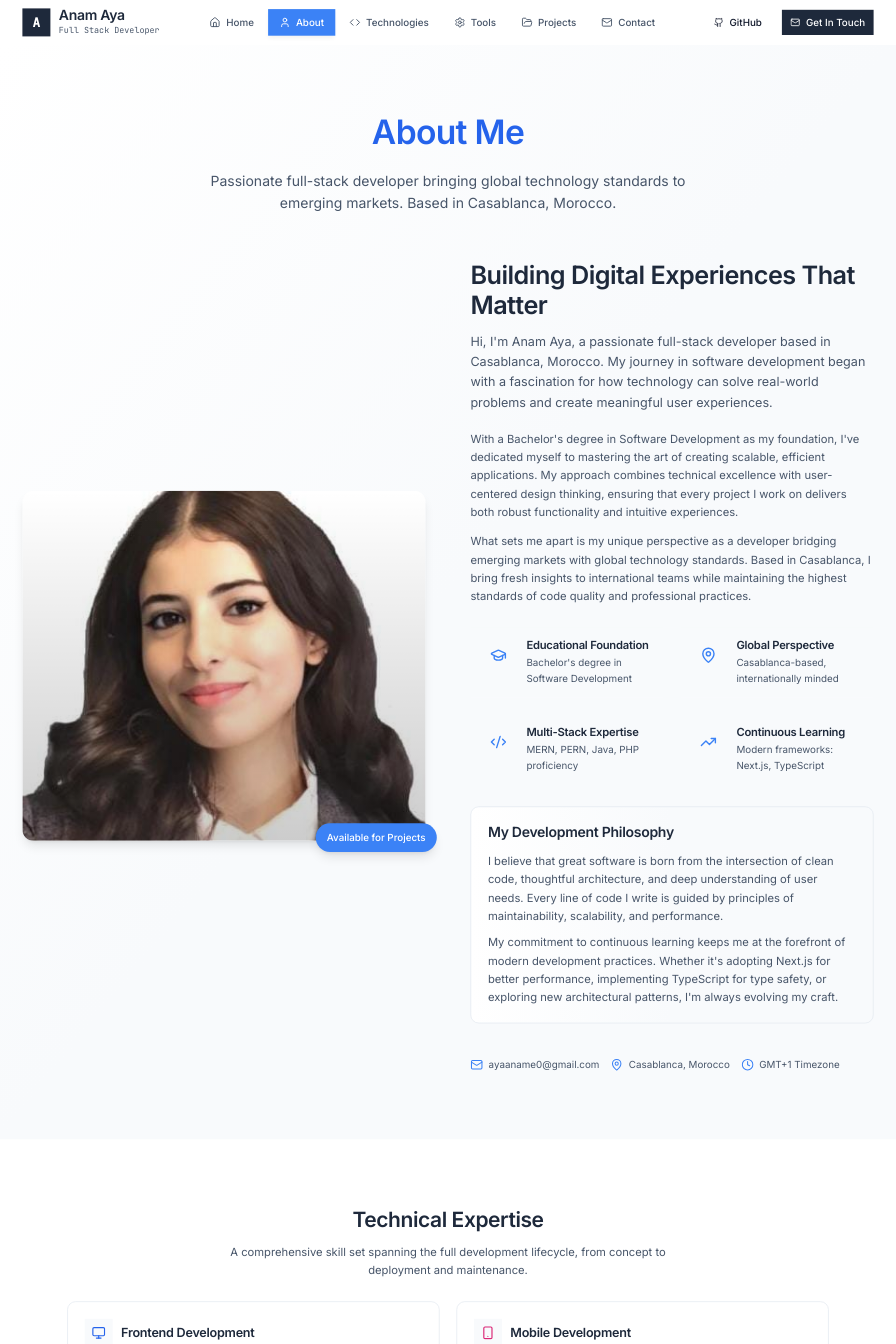
Repository: ayaaas/portflio_aya
Page: /about-me-personal-narrative
These files come from the project's save history. The page is drawn as it stood at one moment and after the next save; the edit follows.
The browser window is 1280 px wide. The pictures show the part of the page from y = 0 to 1920 px (the page is 4280 px tall), at 70% of full size.
The project was rebuilt for these pictures with package versions that can differ from the ones it lists, and the page was loaded fresh each time. Also part of the build but not shown: vite.config.mjs, src/components/ErrorBoundary.jsx, src/pages/hero-section-developer-portfolio/components/ProfileImage.jsx, src/pages/hero-section-developer-portfolio/components/AnimatedText.jsx, src/pages/hero-section-developer-portfolio/components/HeroContent.jsx, src/pages/hero-section-developer-portfolio/components/BackgroundPattern.jsx, src/pages/hero-section-developer-portfolio/components/ScrollIndicator.jsx, src/pages/hero-section-developer-portfolio/index.jsx and 23 more.

Above is the page before, as saved 2025-07-20 01:00:48.

### index.html
<!doctype html>
<html lang="en">

<head>
  <meta charset="utf-8" />
  <title>anam-aya-portfolio</title>
  <meta name="viewport" content="width=device-width, initial-scale=1.0" />
  <meta name="theme-color" content="#000000" />
  <meta name="description" content="Web site created using create-react-app" />
  <link rel="icon" href="/favicon.ico" />
  <link rel="manifest" href="/manifest.json" />
<script type="module" src="https://static.rocket.new/rocket-web.js?_cfg=https%3A%2F%2Fanamayap2173back.builtwithrocket.new&_be=https%3A%2F%2Fapplication.rocket.new&_v=0.1.6"></script>
</head>

<body>
  <noscript>You need to enable JavaScript to run this app.</noscript>
  <div class="dhiwise-code" id="root"></div>
  <script type="module" src="/src/index.jsx"></script>
</body>

</html>

### src/Routes.jsx
import React from "react";
import { BrowserRouter, Routes as RouterRoutes, Route } from "react-router-dom";
import ScrollToTop from "components/ScrollToTop";
import ErrorBoundary from "components/ErrorBoundary";
// Add your imports here
import HeroSectionDeveloperPortfolio from "pages/hero-section-developer-portfolio";
import AboutMePersonalNarrative from "pages/about-me-personal-narrative";
import ToolsProfessionalWorkflowDisplay from "pages/tools-professional-workflow-display";
import ContactCommunicationPortal from "pages/contact-communication-portal";
import TechnologiesInteractiveStackShowcase from "pages/technologies-interactive-stack-showcase";
import ProjectsCuratedCaseStudies from "pages/projects-curated-case-studies";
import NotFound from "pages/NotFound";

const Routes = () => {
  return (
    <BrowserRouter>
      <ErrorBoundary>
      <ScrollToTop />
      <RouterRoutes>
        {/* Define your routes here */}
        <Route path="/" element={<HeroSectionDeveloperPortfolio />} />
        <Route path="/hero-section-developer-portfolio" element={<HeroSectionDeveloperPortfolio />} />
        <Route path="/about-me-personal-narrative" element={<AboutMePersonalNarrative />} />
        <Route path="/tools-professional-workflow-display" element={<ToolsProfessionalWorkflowDisplay />} />
        <Route path="/contact-communication-portal" element={<ContactCommunicationPortal />} />
        <Route path="/technologies-interactive-stack-showcase" element={<TechnologiesInteractiveStackShowcase />} />
        <Route path="/projects-curated-case-studies" element={<ProjectsCuratedCaseStudies />} />
        <Route path="*" element={<NotFound />} />
      </RouterRoutes>
      </ErrorBoundary>
    </BrowserRouter>
  );
};

export default Routes;

### src/pages/about-me-personal-narrative/index.jsx
import React, { useEffect, useRef } from 'react';
import { Helmet } from 'react-helmet';
import Header from '../../components/ui/Header';
import ProfileImage from './components/ProfileImage';
import PersonalStory from './components/PersonalStory';
import SkillsOverview from './components/SkillsOverview';
import PersonalValues from './components/PersonalValues';
import Icon from '../../components/AppIcon';
import Button from '../../components/ui/Button';

const AboutMePersonalNarrative = () => {
  const sectionsRef = useRef([]);

  useEffect(() => {
    const observerOptions = {
      threshold: 0.1,
      rootMargin: '0px 0px -50px 0px'
    };

    const observer = new IntersectionObserver((entries) => {
      entries.forEach((entry) => {
        if (entry.isIntersecting) {
          entry.target.classList.add('fade-in', 'visible');
        }
      });
    }, observerOptions);

    sectionsRef.current.forEach((section) => {
      if (section) {
        observer.observe(section);
      }
    });

    return () => {
      sectionsRef.current.forEach((section) => {
        if (section) {
          observer.unobserve(section);
        }
      });
    };
  }, []);

  const addToRefs = (el) => {
    if (el && !sectionsRef.current.includes(el)) {
      sectionsRef.current.push(el);
    }
  };

  return (
    <>
      <Helmet>
        <title>About Me - Anam Aya | Full Stack Developer Portfolio</title>
        <meta
          name="description"
          content="Learn about Anam Aya, a passionate full-stack developer from Casablanca, Morocco. Discover my journey, values, and expertise in modern web development technologies."
        />
        <meta name="keywords" content="Anam Aya, Full Stack Developer, Casablanca, Morocco, React, Node.js, Software Development, Web Developer" />
        <meta property="og:title" content="About Me - Anam Aya | Full Stack Developer" />
        <meta property="og:description" content="Passionate full-stack developer bringing global technology standards to emerging markets. Based in Casablanca, Morocco." />
        <meta property="og:type" content="website" />
        <link rel="canonical" href="/about-me-personal-narrative" />
      </Helmet>

      <div className="min-h-screen bg-background">
        <Header />

        <main className="pt-16">
          {/* Hero Section */}
          <section
            ref={addToRefs}
            className="fade-in py-16 lg:py-24 bg-gradient-to-br from-background via-surface to-muted"
          >
            <div className="max-w-7xl mx-auto px-6 lg:px-8">
              <div className="text-center mb-16">
                <h1 className="text-4xl md:text-5xl font-bold text-blue-600 mb-6">
                  About Me
                </h1>
                <p className="text-xl text-text-secondary max-w-3xl mx-auto leading-relaxed">
                  Passionate full-stack developer bringing global technology standards to emerging markets. Based in Casablanca, Morocco.
                </p>
              </div>
              <div className="grid grid-cols-1 lg:grid-cols-2 gap-12 lg:gap-16 items-center">
                {/* Profile Image */}
                <div className="order-2 lg:order-1">
                  <ProfileImage />
                </div>

                {/* Personal Story */}
                <div className="order-1 lg:order-2">
                  <PersonalStory />
                </div>
              </div>
            </div>
          </section>

          {/* Skills Overview Section */}
          <section
            ref={addToRefs}
            className="fade-in py-16 lg:py-24 bg-background"
          >
            <div className="max-w-6xl mx-auto px-6 lg:px-8">
              <SkillsOverview />
            </div>
          </section>

          {/* Personal Values Section */}
          <section
            ref={addToRefs}
            className="fade-in py-16 lg:py-24 bg-surface"
          >
            <div className="max-w-6xl mx-auto px-6 lg:px-8">
              <PersonalValues />
            </div>
          </section>

          {/* Call to Action Section */}
          <section
            ref={addToRefs}
            className="fade-in py-16 lg:py-24 bg-gradient-to-r from-primary/5 to-accent/5"
          >
            <div className="max-w-4xl mx-auto px-6 lg:px-8 text-center">
              <div className="space-y-8">
                <div className="space-y-4">
                  <h2 className="text-3xl lg:text-4xl font-bold text-blue-600">
                    Let's Build Something Amazing Together
                  </h2>
                  <p className="text-lg text-text-secondary max-w-2xl mx-auto">
                    Ready to bring your ideas to life? I'm always excited to work on new projects
                    and collaborate with teams that value quality and innovation.
                  </p>
                </div>

                <div className="flex flex-col sm:flex-row gap-4 justify-center">
                  <Button
                    variant="default"
                    size="lg"
                    iconName="Mail"
                    iconPosition="left"
                    onClick={() => window.location.href = 'mailto:ayaaname0@gmail.com'}
                    className="hover-lift"
                  >
                    Start a Conversation
                  </Button>

                  <Button
                    variant="outline"
                    size="lg"
                    iconName="FolderOpen"
                    iconPosition="left"
                    onClick={() => window.location.href = '/projects-curated-case-studies'}
                    className="hover-lift"
                  >
                    View My Work
                  </Button>
                </div>

                {/* Contact Info */}
                <div className="flex flex-col sm:flex-row gap-6 justify-center items-center pt-8 border-t border-border">
                  <div className="flex items-center space-x-2 text-text-secondary">
                    <Icon name="Mail" size={18} className="text-accent" />
                    <span className="text-sm">ayaaname0@gmail.com</span>
                  </div>
                  <div className="flex items-center space-x-2 text-text-secondary">
                    <Icon name="MapPin" size={18} className="text-accent" />
                    <span className="text-sm">Casablanca, Morocco</span>
                  </div>
                  <div className="flex items-center space-x-2 text-text-secondary">
                    <Icon name="Clock" size={18} className="text-accent" />
                    <span className="text-sm">GMT+1 Available</span>
                  </div>
                </div>
              </div>
            </div>
          </section>
        </main>
      </div>
    </>
  );
};

export default AboutMePersonalNarrative;

### src/pages/about-me-personal-narrative/components/ProfileImage.jsx
import React from 'react';
import Image from '../../../components/AppImage';

const ProfileImage = () => {
  return (
    <div className="relative">
      <div className="relative overflow-hidden rounded-2xl shadow-lg hover-lift">
        <Image
          src="public/assets/images/WhatsApp Image 2025-01-27 à 13.09.23_03e1ada6.jpg"
          alt="Anam Aya - Full Stack Developer in his development environment"
          className="w-full h-[500px] object-cover"
        />
        <div className="absolute inset-0 bg-gradient-to-t from-black/20 to-transparent"></div>
      </div>

      {/* Floating Badge */}
      <div className="absolute -bottom-4 -right-4 bg-accent text-accent-foreground px-4 py-2 rounded-full shadow-lg">
        <span className="text-sm font-medium">Available for Projects</span>
      </div>

      {/* Decorative Elements */}
      <div className="absolute -top-4 -left-4 w-8 h-8 bg-primary/10 rounded-full"></div>
      <div className="absolute top-8 -right-2 w-4 h-4 bg-accent/20 rounded-full"></div>
    </div>
  );
};

export default ProfileImage;

### src/pages/about-me-personal-narrative/components/SkillsOverview.jsx
import React from 'react';
import Icon from '../../../components/AppIcon';

const SkillsOverview = () => {
const skillCategories = [
  {
    category: 'Frontend Development',
    icon: 'Monitor',
    skills: ['React.js', 'Next.js', 'TypeScript', 'Tailwind CSS', 'HTML5/CSS3'],
    color: 'text-blue-600'
  },
  {
    category: 'Mobile Development',
    icon: 'Smartphone',
    skills: ['Flutter', 'Dart', 'Audioplayers'],
    color: 'text-pink-600'
  },
  {
    category: 'Backend Development',
    icon: 'Server',
    skills: ['Node.js', 'Express.js', 'PHP', 'Java', 'RESTful APIs'],
    color: 'text-green-600'
  },
  {
    category: 'Database & Tools',
    icon: 'Database',
    skills: ['MongoDB', 'SQFLite', 'PostgreSQL', 'MySQL'],
    color: 'text-purple-600'
  },
  {
    category: 'Development Practices',
    icon: 'Settings',
    skills: ['Agile/Scrum', 'Code Review', 'Performance Optimization'],
    color: 'text-orange-600'
  }
];



  return (
    <div className="space-y-8">
      <div className="text-center space-y-4">
        <h2 className="text-2xl lg:text-3xl font-bold text-primary">
          Technical Expertise
        </h2>
        <p className="text-text-secondary max-w-2xl mx-auto">
          A comprehensive skill set spanning the full development lifecycle,
          from concept to deployment and maintenance.
        </p>
      </div>

      <div className="grid grid-cols-1 md:grid-cols-2 gap-6">
        {skillCategories.map((category, index) => (
          <div
            key={index}
            className="bg-card rounded-xl p-6 border border-border hover:shadow-lg transition-all-300 hover-lift"
          >
            <div className="flex items-center space-x-3 mb-4">
              <div className="w-10 h-10 bg-surface rounded-lg flex items-center justify-center">
                <Icon name={category.icon} size={20} className={category.color} />
              </div>
              <h3 className="text-lg font-semibold text-primary">{category.category}</h3>
            </div>

            <div className="flex flex-wrap gap-2">
              {category.skills.map((skill, skillIndex) => (
                <span
                  key={skillIndex}
                  className="px-3 py-1 bg-muted text-text-secondary text-sm rounded-full hover:bg-accent/10 hover:text-accent transition-all-300"
                >
                  {skill}
                </span>
              ))}
            </div>
          </div>
        ))}
      </div>

      {/* Experience Timeline */}
      <div className="bg-gradient-to-r from-primary/5 to-accent/5 rounded-xl p-6 border border-primary/10">
        <h3 className="text-xl font-semibold text-primary mb-6 text-center">Development Journey</h3>

        <div className="space-y-4">
          <div className="flex items-start space-x-4">
            <div className="w-3 h-3 bg-accent rounded-full mt-2 flex-shrink-0"></div>
            <div>
              <h4 className="font-medium text-primary">Full-Stack Development Focus</h4>
              <p className="text-sm text-text-secondary">
                Specializing in modern web applications with React, Node.js, and cloud deployment
              </p>
            </div>
          </div>

          <div className="flex items-start space-x-4">
            <div className="w-3 h-3 bg-primary rounded-full mt-2 flex-shrink-0"></div>
            <div>
              <h4 className="font-medium text-primary">Academic Foundation</h4>
              <p className="text-sm text-text-secondary">
                Bachelor's degree in Software Development with focus on algorithms and system design
              </p>
            </div>
          </div>

          <div className="flex items-start space-x-4">
            <div className="w-3 h-3 bg-success rounded-full mt-2 flex-shrink-0"></div>
            <div>
              <h4 className="font-medium text-primary">Continuous Learning</h4>
              <p className="text-sm text-text-secondary">
                Staying current with Next.js, TypeScript, and modern development practices
              </p>
            </div>
          </div>
        </div>
      </div>
    </div>
  );
};

export default SkillsOverview;

### src/components/ui/Button.jsx
import React from 'react';
import { Slot } from "@radix-ui/react-slot";
import { cva } from "class-variance-authority";
import { cn } from "../../utils/cn";
import Icon from '../AppIcon';

const buttonVariants = cva(
    "inline-flex items-center justify-center whitespace-nowrap rounded-md text-sm font-medium ring-offset-background transition-colors focus-visible:outline-none focus-visible:ring-2 focus-visible:ring-ring focus-visible:ring-offset-2 disabled:pointer-events-none disabled:opacity-50",
    {
        variants: {
            variant: {
                default: "bg-primary text-primary-foreground hover:bg-primary/90",
                destructive: "bg-destructive text-destructive-foreground hover:bg-destructive/90",
                outline: "border border-input hover:bg-accent hover:text-accent-foreground",
                secondary: "bg-secondary text-secondary-foreground hover:bg-secondary/80",
                ghost: "hover:bg-accent hover:text-accent-foreground",
                link: "text-primary underline-offset-4 hover:underline",
                success: "bg-success text-success-foreground hover:bg-success/90",
                warning: "bg-warning text-warning-foreground hover:bg-warning/90",
                danger: "bg-error text-error-foreground hover:bg-error/90",
            },
            size: {
                default: "h-10 px-4 py-2",
                sm: "h-9 rounded-md px-3",
                lg: "h-11 rounded-md px-8",
                icon: "h-10 w-10",
                xs: "h-8 rounded-md px-2 text-xs",
                xl: "h-12 rounded-md px-10 text-base",
            },
        },
        defaultVariants: {
            variant: "default",
            size: "default",
        },
    }
);

const Button = React.forwardRef(({
    className,
    variant,
    size,
    asChild = false,
    children,
    loading = false,
    iconName = null,
    iconPosition = 'left',
    iconSize = null,
    fullWidth = false,
    disabled = false,
    ...props
}, ref) => {
    const Comp = asChild ? Slot : "button";

    // Icon size mapping based on button size
    const iconSizeMap = {
        xs: 12,
        sm: 14,
        default: 16,
        lg: 18,
        xl: 20,
        icon: 16,
    };

    const calculatedIconSize = iconSize || iconSizeMap[size] || 16;

    // Loading spinner
    const LoadingSpinner = () => (
        <svg className="animate-spin -ml-1 mr-2 h-4 w-4" fill="none" viewBox="0 0 24 24">
            <circle className="opacity-25" cx="12" cy="12" r="10" stroke="currentColor" strokeWidth="4" />
            <path className="opacity-75" fill="currentColor" d="M4 12a8 8 0 018-8V0C5.373 0 0 5.373 0 12h4zm2 5.291A7.962 7.962 0 014 12H0c0 3.042 1.135 5.824 3 7.938l3-2.647z" />
        </svg>
    );

    // Icon rendering
    const renderIcon = () => {
        if (!iconName) return null;

        return (
            <Icon
                name={iconName}
                size={calculatedIconSize}
                className={cn(
                    children && iconPosition === 'left' && "mr-2",
                    children && iconPosition === 'right' && "ml-2"
                )}
            />
        );
    };

    return (
        <Comp
            className={cn(
                buttonVariants({ variant, size, className }),
                fullWidth && "w-full"
            )}
            ref={ref}
            disabled={disabled || loading}
            {...props}
        >
            {loading && <LoadingSpinner />}
            {iconName && iconPosition === 'left' && renderIcon()}
            {children}
            {iconName && iconPosition === 'right' && renderIcon()}
        </Comp>
    );
});

Button.displayName = "Button";

export default Button;

Loaded but not shown: src/index.jsx (common file); src/App.jsx (common file); src/styles/tailwind.css (library); src/styles/index.css (common file); src/components/ScrollToTop.jsx (common file); src/components/AppIcon.jsx (common file); src/components/AppImage.jsx (common file); src/utils/cn.js (common file); tailwind.config.js (148 lines, source omitted); src/components/ui/Header.jsx (183 lines, source omitted); src/pages/about-me-personal-narrative/components/PersonalValues.jsx (120 lines, source omitted); src/pages/about-me-personal-narrative/components/PersonalStory.jsx (114 lines, source omitted)

After the next save:
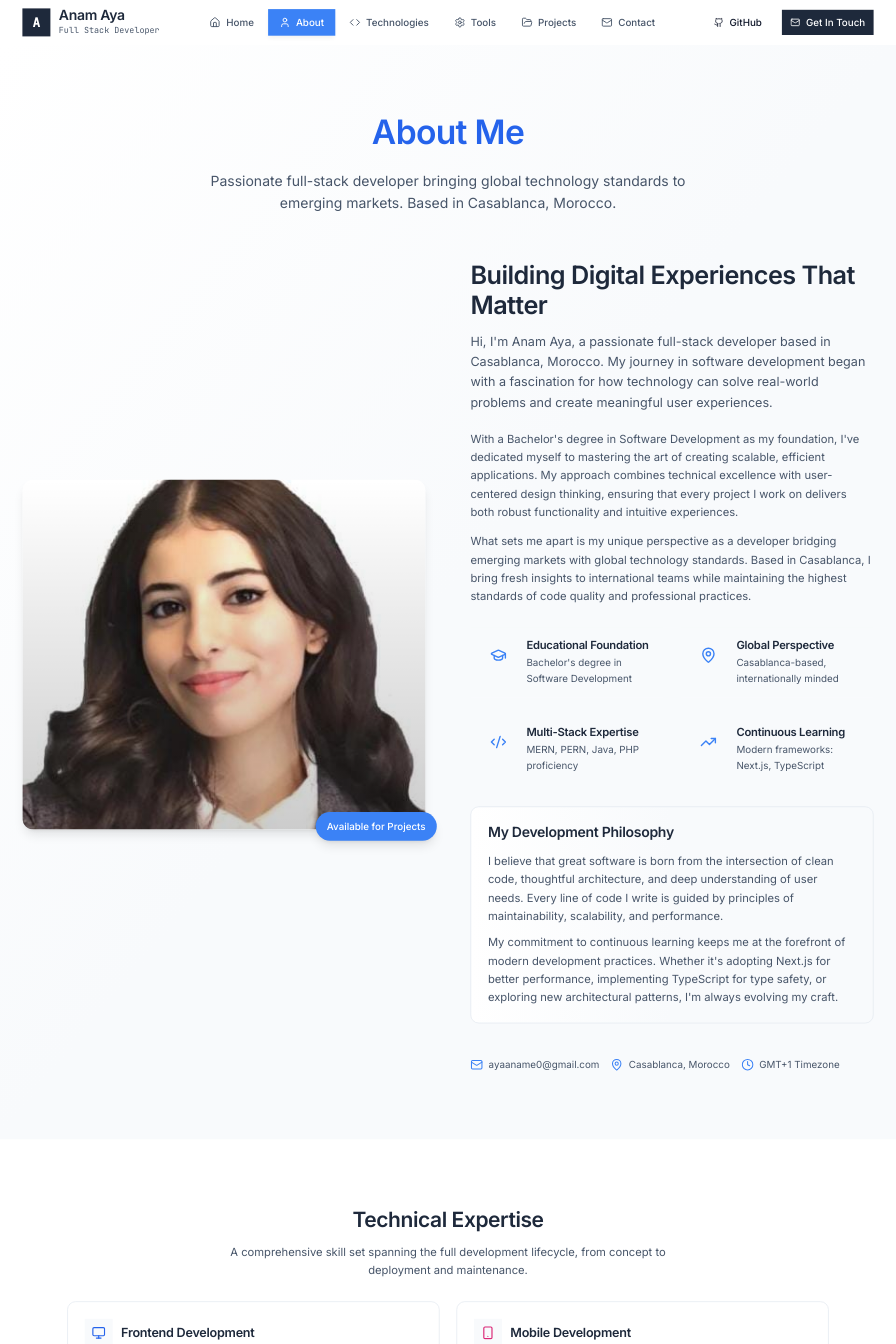
Saved 79 s later.
--- a/src/pages/about-me-personal-narrative/index.jsx
+++ b/src/pages/about-me-personal-narrative/index.jsx
@@ -81,7 +81,7 @@ const AboutMePersonalNarrative = () => {
               </div>
               <div className="grid grid-cols-1 lg:grid-cols-2 gap-12 lg:gap-16 items-center">
                 {/* Profile Image */}
-                <div className="order-2 lg:order-1">
+                <div className="order-2 lg:order-1 mt-[-32px]">
                   <ProfileImage />
                 </div>
 
